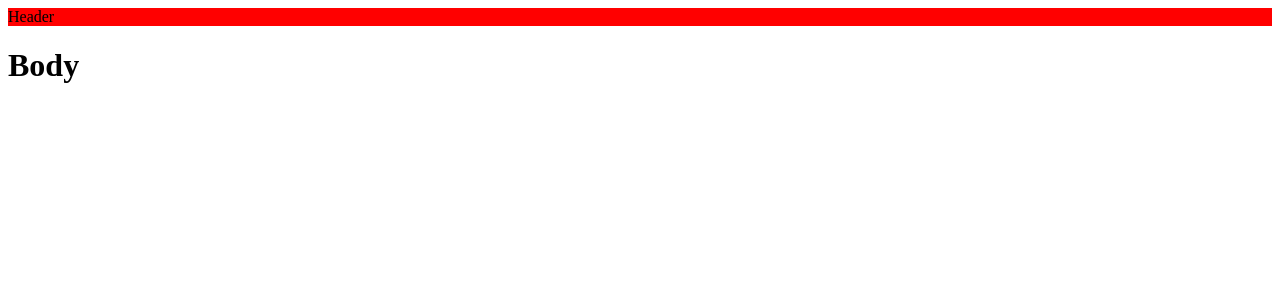
Repository: Tsubasa-Sounds/samurai_HTML-CSS
Page: samurai/about.html
The author's editor kept a record of every edit. The page is drawn from the files as they stood at one moment, then again after the next edit.
The browser window is 1280 px wide. The pictures show the whole page.

Above is the page before.

### samurai/about.html
<!DOCTYPE html>
<html lang="ja">
    <head>
        <style>
            header {
                background-color: red;
            }

            footer {
                background-color: blue;
            }

            .size {
                height: 200px;
            }
        </style>
    </head>
    <body>
        <header>
            Header
        </header>
        <h1 class="size">Body</h1>
    </body>
</html>

After the next edit:
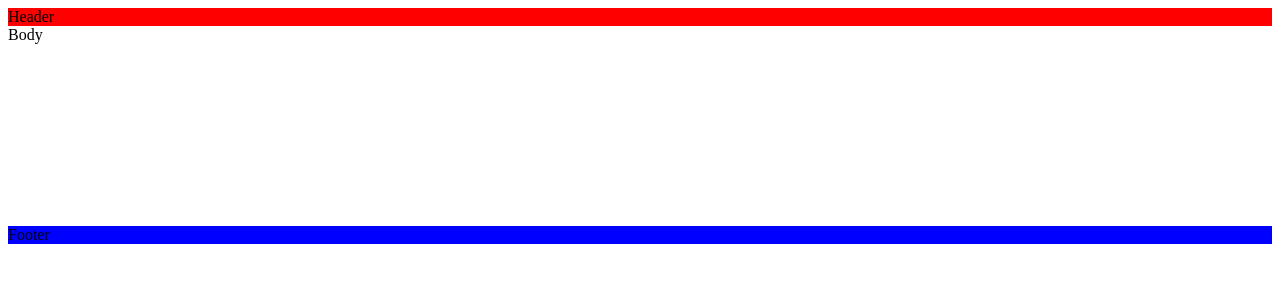
The edit:
--- a/samurai/about.html
+++ b/samurai/about.html
@@ -19,6 +19,11 @@
         <header>
             Header
         </header>
-        <h1 class="size">Body</h1>
+        <div class="size">
+            Body
+        </div>
+        <footer>
+            Footer
+        </footer>
     </body>
 </html>
